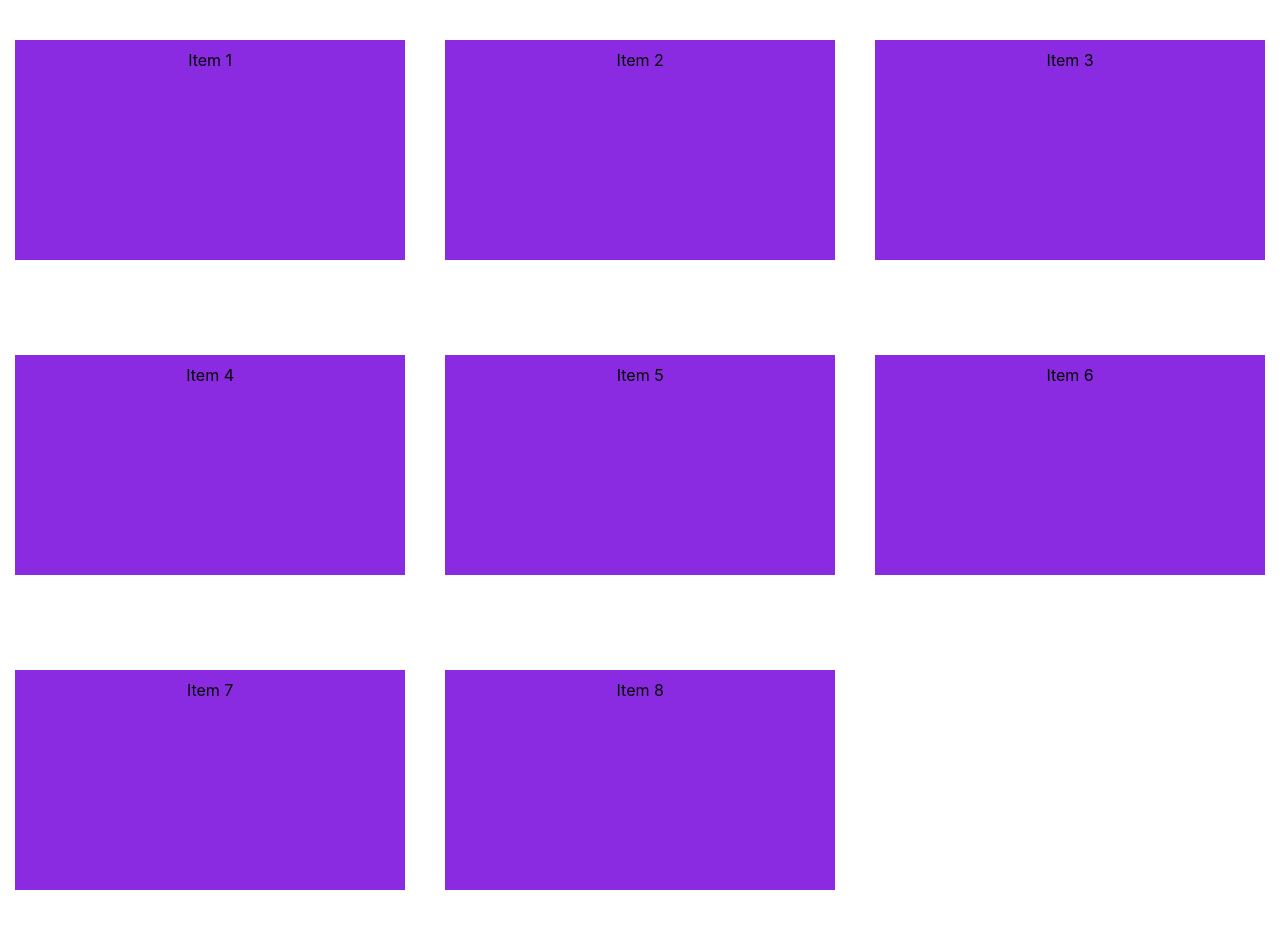
Repository: thai-shriya/anxiety-tracker
Page: /
The author's editor kept a copy of each file at every save. The page is drawn from the files as they stood at one save, then again after the next save.
The browser window is 1280 px wide. The pictures show the whole page.
The project was rebuilt for these pictures with package versions that can differ from the ones it lists, and the page was loaded fresh each time.

Above is the page before, as saved 2024-04-22 15:00:59.

After the next save:
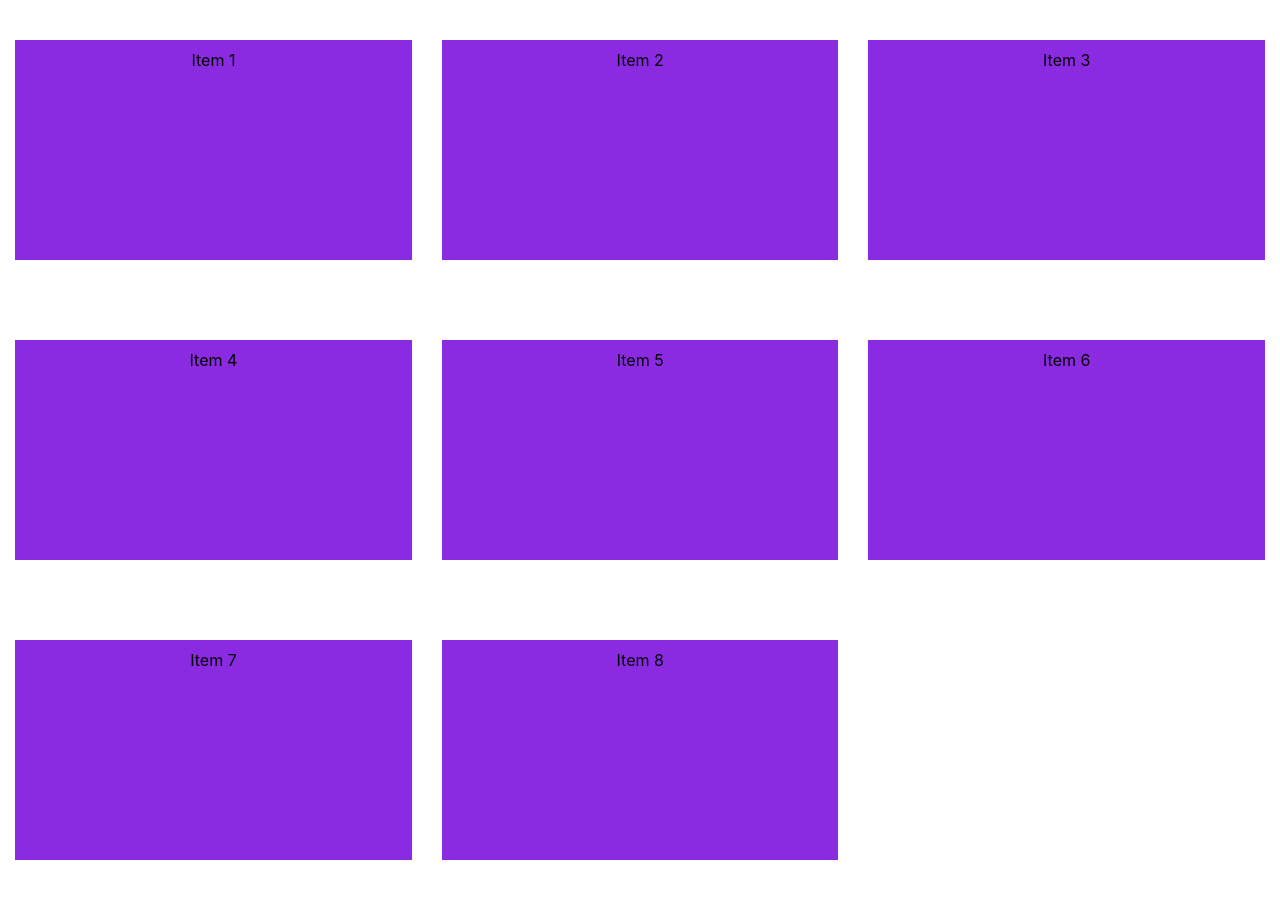
Saved 26 s later.
--- a/src/App.css
+++ b/src/App.css
@@ -1,8 +1,7 @@
 .grid-container{
   display: grid;
   grid-template-columns: auto auto auto;
-  column-gap: 10px;
-  row-gap: 15px;
+
 }
 
 .grid-item{

After the save that followed:
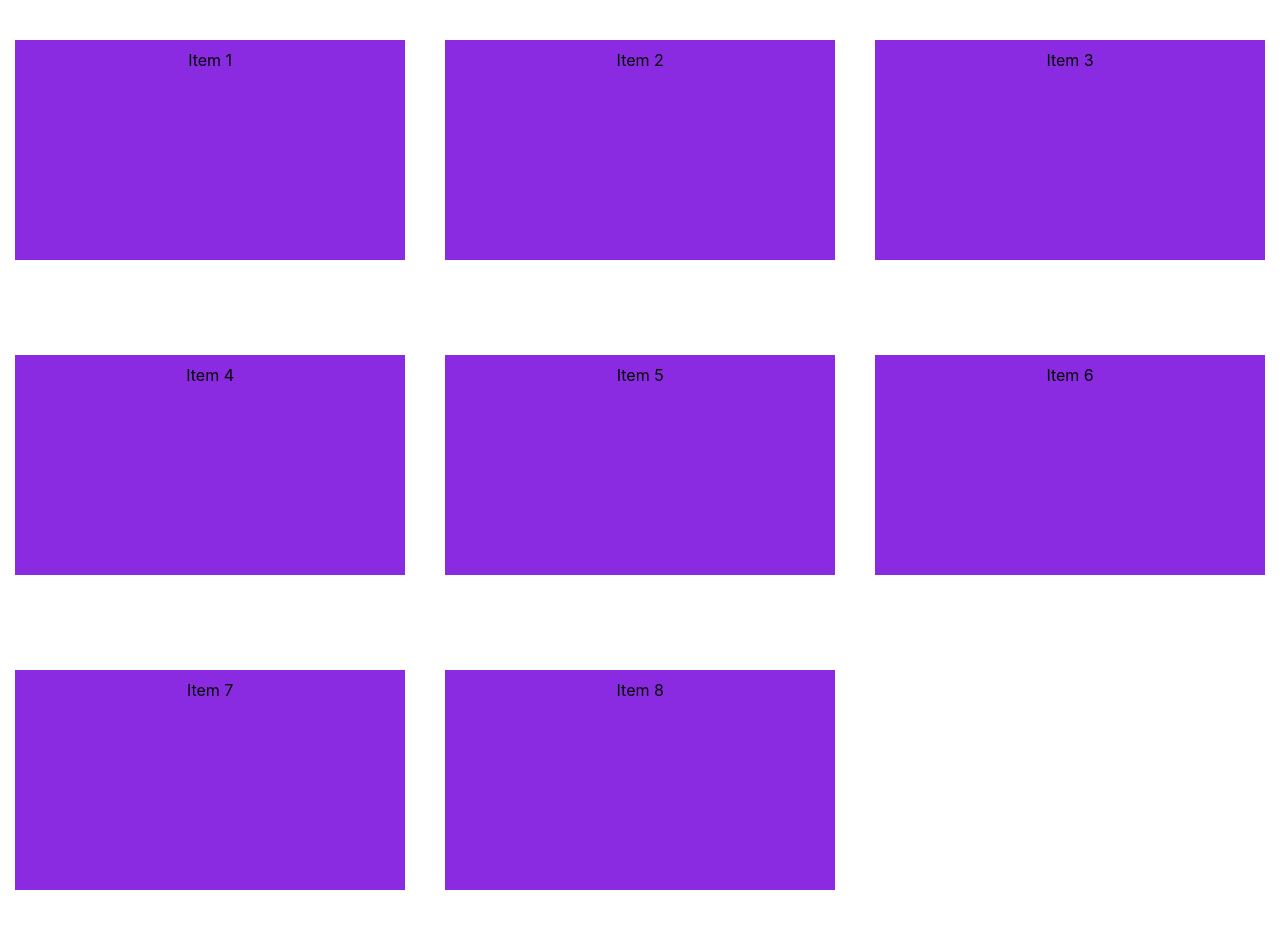
Saved 8 s later.
--- a/src/App.css
+++ b/src/App.css
@@ -1,7 +1,8 @@
 .grid-container{
   display: grid;
   grid-template-columns: auto auto auto;
-
+  column-gap: 10px;
+  row-gap: 15px;
 }
 
 .grid-item{
